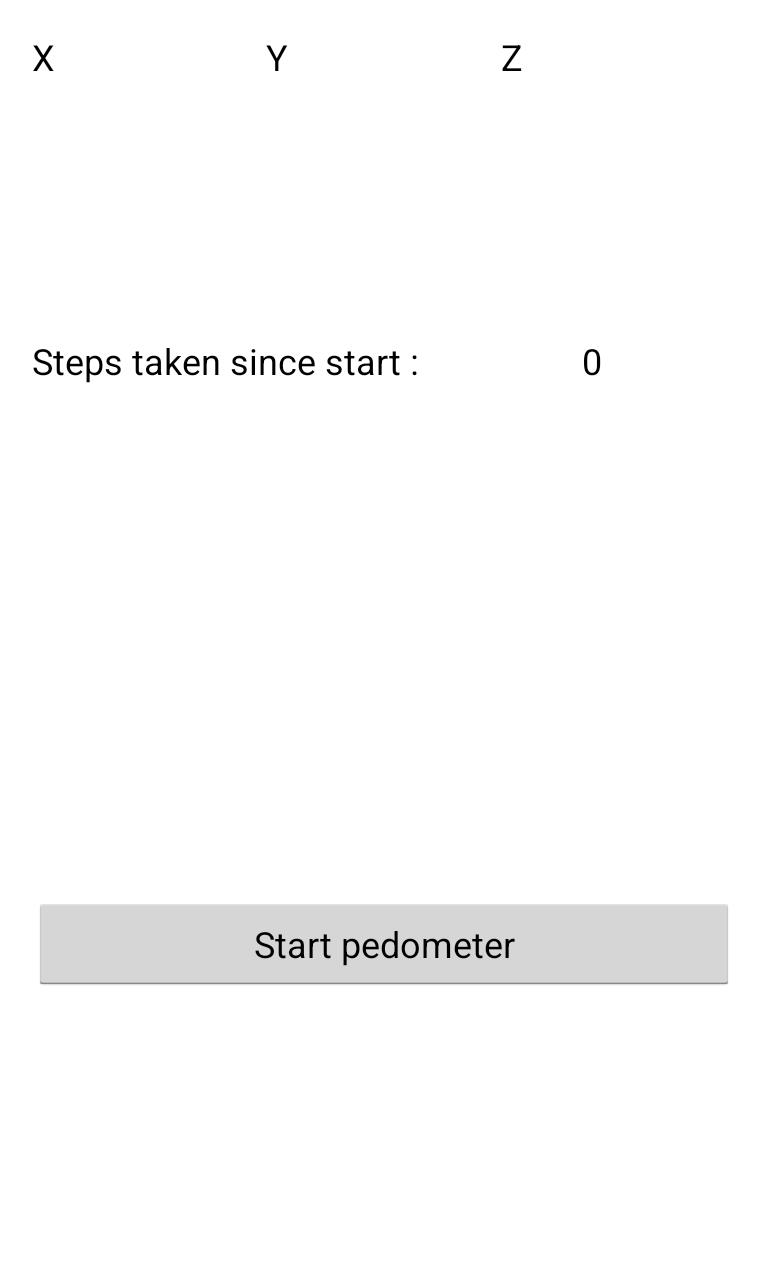
Repository: egelon/CardioAssistant
Layout: CardioAssistant/res/layout/activity_main.xml
These files come from the project's save history. The layout is drawn as it stood at one moment and after the next save; the edit follows.
It is drawn on a 768 x 1280 px phone screen (xhdpi) without system bars, with theme AppTheme; the app's code is not run.

Above is the layout before, as saved 2014-01-20 17:38:18.

### CardioAssistant/res/layout/activity_main.xml
<TableLayout xmlns:android="http://schemas.android.com/apk/res/android"
    xmlns:tools="http://schemas.android.com/tools"
    android:id="@+id/TableLayout1"
    android:layout_width="match_parent"
    android:layout_height="match_parent"
    android:paddingBottom="@dimen/activity_vertical_margin"
    android:paddingLeft="@dimen/activity_horizontal_margin"
    android:paddingRight="@dimen/activity_horizontal_margin"
    android:paddingTop="@dimen/activity_vertical_margin"
    tools:context=".MainActivity" >

    <TableRow
        android:id="@+id/tableRow1"
        android:layout_width="wrap_content"
        android:layout_height="0dp"
        android:layout_weight="1"
        android:baselineAligned="_baseline" >

        <TextView
            android:id="@+id/textViewX"
            android:layout_width="0dp"
            android:layout_height="wrap_content"
            android:layout_weight="1"
            android:text="@string/accelerometer_X"
            android:textAppearance="?android:attr/textAppearanceMedium" />

        <TextView
            android:id="@+id/textViewY"
            android:layout_width="0dp"
            android:layout_height="wrap_content"
            android:layout_weight="1"
            android:text="@string/accelerometer_Y"
            android:textAppearance="?android:attr/textAppearanceMedium" />

        <TextView
            android:id="@+id/textViewZ"
            android:layout_width="0dp"
            android:layout_height="wrap_content"
            android:layout_weight="1"
            android:text="@string/accelerometer_Z"
            android:textAppearance="?android:attr/textAppearanceMedium" />
    </TableRow>

    <TableRow
        android:id="@+id/tableRow2"
        android:layout_width="wrap_content"
        android:layout_height="0dp"
        android:layout_weight="1"
        android:baselineAligned="_baseline" >

        <TextView
            android:id="@+id/stepsTakenLabel"
            android:layout_width="wrap_content"
            android:layout_height="wrap_content"
            android:layout_weight="1"
            android:text="@string/steps_taken_label"
            android:textAppearance="?android:attr/textAppearanceMedium" />

        <TextView
            android:id="@+id/stepsTakenCounterLabel"
            android:layout_width="0dp"
            android:layout_height="wrap_content"
            android:layout_weight="1"
            android:text="@string/steps_taken_counter"
            android:textAppearance="?android:attr/textAppearanceMedium" />

    </TableRow>

    <TableRow
        android:id="@+id/tableRow3"
        android:layout_width="wrap_content"
        android:layout_height="0dp"
        android:layout_weight="1" >
    </TableRow>

    <TableRow
        android:id="@+id/tableRow4"
        android:layout_width="wrap_content"
        android:layout_height="0dp"
        android:layout_weight="1" >

        <Button
            android:id="@+id/startPedometerButton"
            android:layout_width="match_parent"
            android:layout_height="wrap_content"
            android:layout_weight="1"
            android:onClick="StartPedometerService"
            android:text="@string/start_pedometer" />
    </TableRow>

</TableLayout>

### CardioAssistant/res/values/strings.xml
<?xml version="1.0" encoding="utf-8"?>
<resources>

    <string name="app_name">Cardio Assistant</string>
    <string name="action_settings">Settings</string>
    <string name="hello_world">Hello world!</string>
    <string name="start_pedometer">Start pedometer</string>
    <string name="steps_taken_label">"Steps taken since start : "</string>
    <string name="steps_taken_counter">0</string>
    <string name="accelerometer_X">X</string>
    <string name="accelerometer_Y">Y</string>
    <string name="accelerometer_Z">Z</string>

</resources>

Loaded but not shown: CardioAssistant/res/values/styles.xml (common file); CardioAssistant/res/values-v11/styles.xml (common file); CardioAssistant/res/values-v14/styles.xml (common file); CardioAssistant/res/values/dimens.xml (common file)

After the next save:
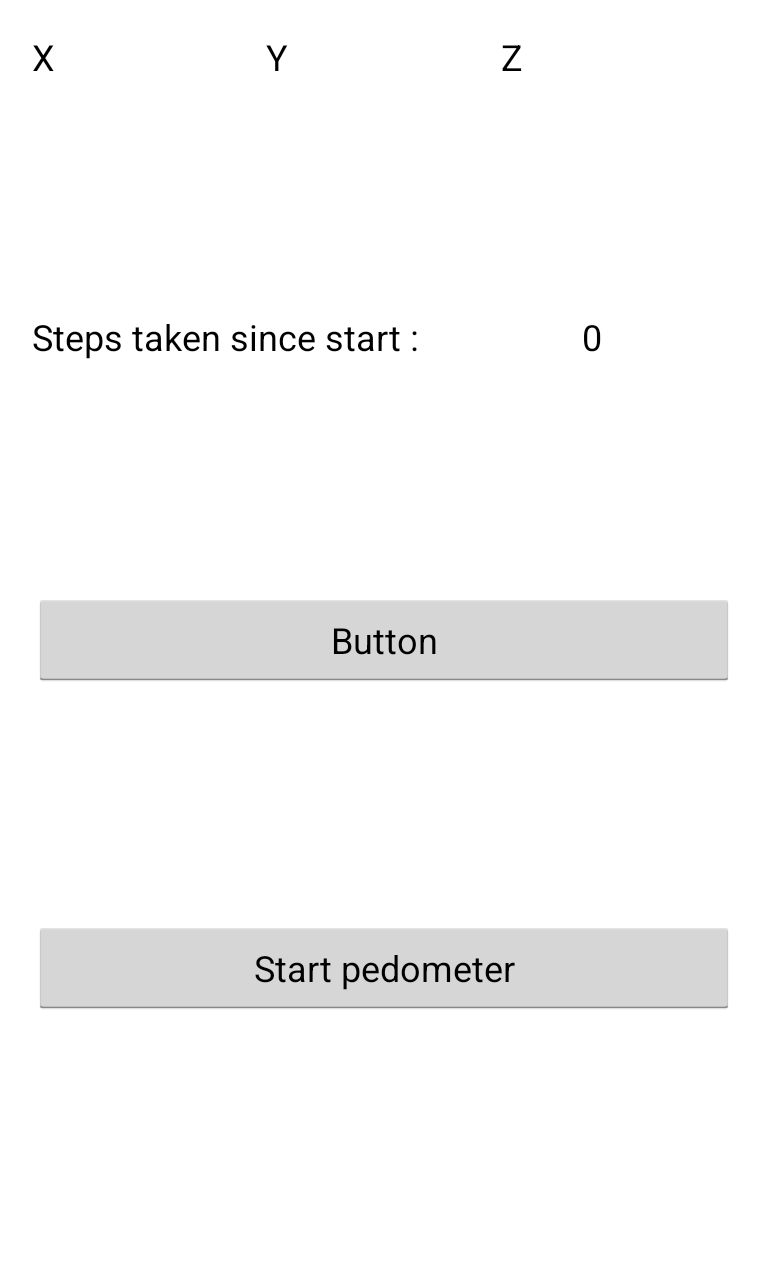
Saved 90 s later.
--- a/CardioAssistant/res/layout/activity_main.xml
+++ b/CardioAssistant/res/layout/activity_main.xml
@@ -71,6 +71,14 @@
         android:layout_width="wrap_content"
         android:layout_height="0dp"
         android:layout_weight="1" >
+
+        <Button
+            android:id="@+id/buttonReset"
+            android:layout_width="match_parent"
+            android:layout_height="wrap_content"
+            android:layout_weight="1"
+            android:text="Button" />
+
     </TableRow>
 
     <TableRow
@@ -80,7 +88,7 @@
         android:layout_weight="1" >
 
         <Button
-            android:id="@+id/startPedometerButton"
+            android:id="@+id/buttonStart"
             android:layout_width="match_parent"
             android:layout_height="wrap_content"
             android:layout_weight="1"
